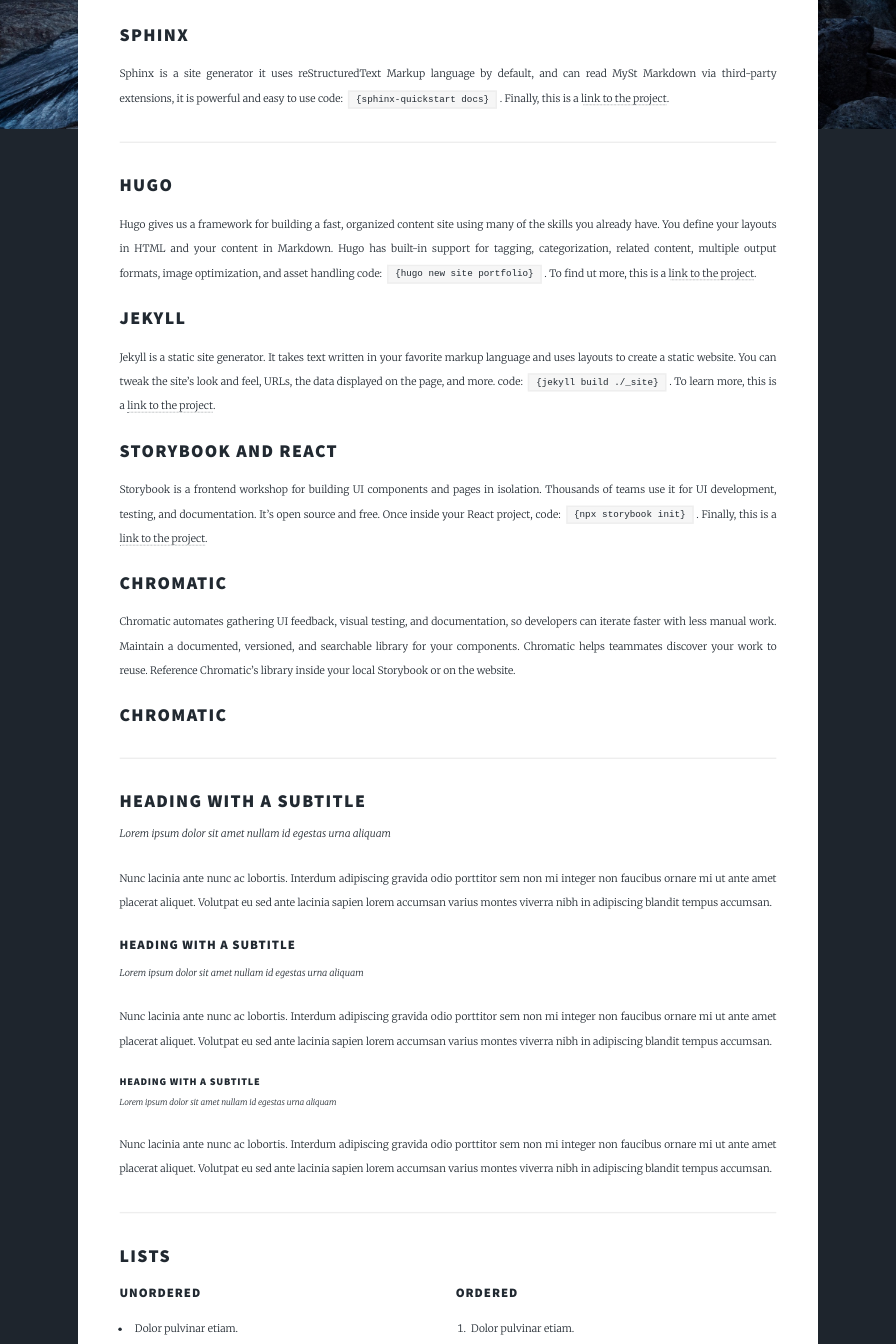
Repository: enlilsudo/Orlando-Portfolio
Page: elements.html
An editor plug-in stored every save of this project. The page is shown before and after the next save, followed by the edit.
The browser window is 1280 px wide. The pictures show the part of the page from y = 535 to 2455 px (the page is 10089 px tall), at 70% of full size.

Above is the page before, as saved 2023-02-19 13:53:37.

After the next save:
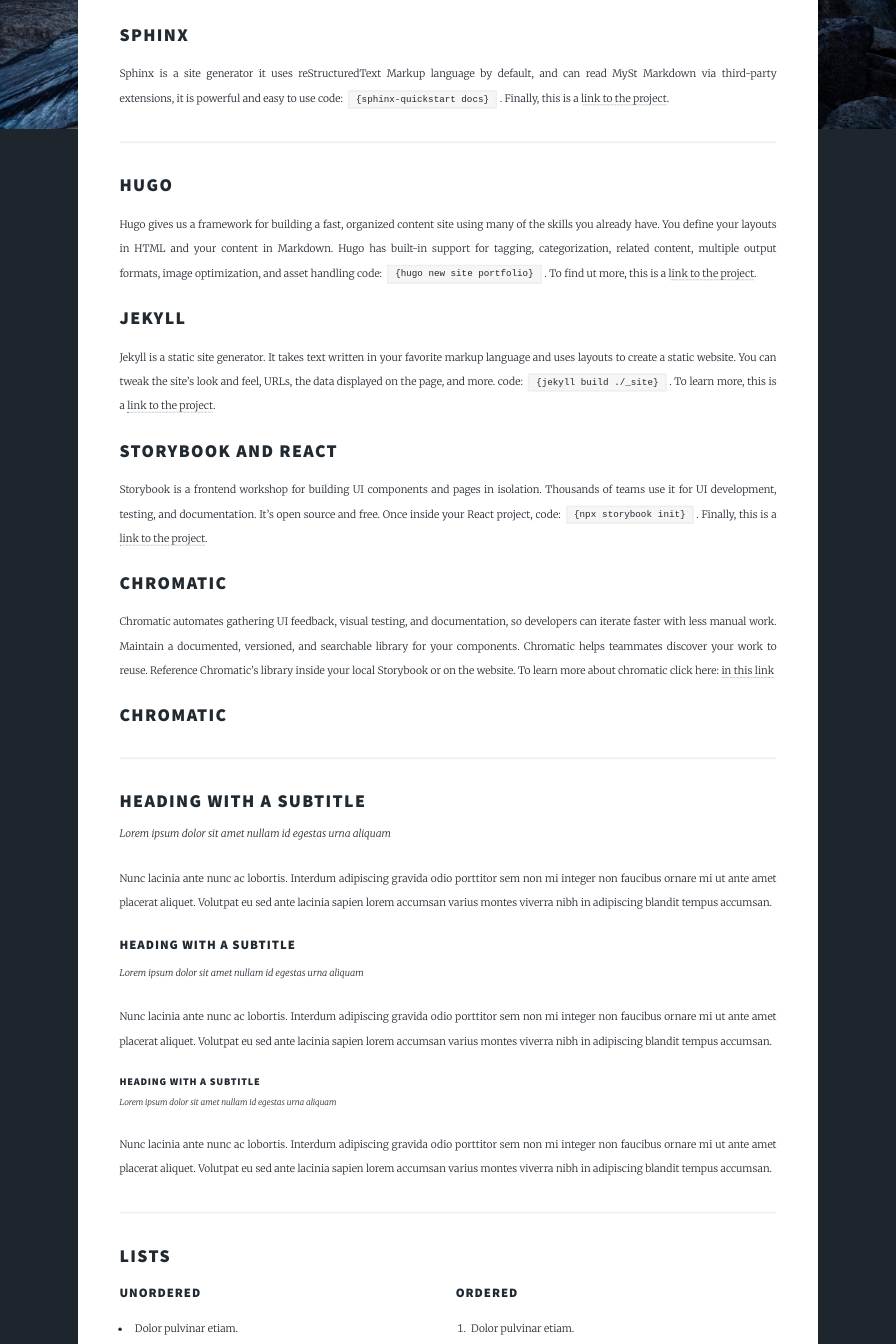
Saved 4 min 43 s later.
--- a/elements.html
+++ b/elements.html
@@ -70,7 +70,7 @@
 									<h2>Chromatic</h2>
 									<p>Chromatic automates gathering UI feedback, visual testing, and documentation, so developers can iterate faster with less manual work.
 										Maintain a documented, versioned, and searchable library for your components. Chromatic helps teammates discover your work to reuse.
-										Reference Chromatic’s library inside your local Storybook or on the website.
+										Reference Chromatic’s library inside your local Storybook or on the website. To learn more about chromatic click here: <a href="https://www.chromatic.com/docs/"> in this link</a>
 									</p>
 									<h2>Chromatic</h2>
 									<hr />
